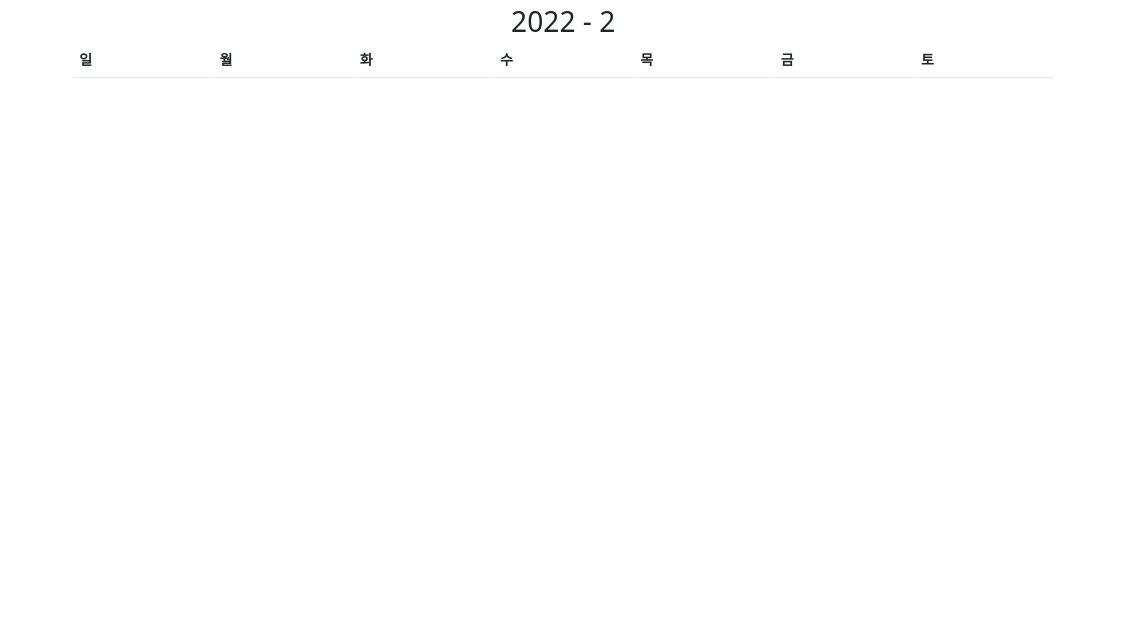
Repository: Visionary1/fullstack-dev-study
Page: http://localhost/Test/lesson02/quiz10.jsp
An editor plug-in stored every save of this project. The page is shown before and after the next save, followed by the edit.
The browser window is 1280 px wide. The pictures show the whole page, at 88% of full size.
The page is served by Tomcat 9.

Above is the page before, as saved 2022-02-13 16:28:30.

### 4_servlet/workspace/Test/src/main/webapp/lesson02/quiz10.jsp
<%@ page language="java" contentType="text/html; charset=UTF-8" pageEncoding="UTF-8"%>

<%@ page import="java.util.*"%>

<!DOCTYPE html>
<html>
<head>
<meta charset="UTF-8">
<title>Insert title here</title>
<link href="https://cdn.jsdelivr.net/npm/bootstrap@5.1.3/dist/css/bootstrap.min.css" rel="stylesheet">
<script src="https://cdn.jsdelivr.net/npm/bootstrap@5.1.3/dist/js/bootstrap.bundle.min.js"></script>
</head>
<body>

	<%
	Calendar cal = Calendar.getInstance();

	// 월의 첫날
	cal.set(Calendar.DAY_OF_MONTH,1);

	//그 주의 요일 반환 (일:1 ~ 토:7)
	int week = cal.get(Calendar.DAY_OF_WEEK);

	//몇 주 있는지
	int weekSize = cal.getActualMaximum(Calendar.WEEK_OF_MONTH);

	// 마지막 날짜
	int maximumDays = cal.getActualMaximum(Calendar.DATE);

	HashMap<Integer, String> dayOfWeek = new HashMap<>();
	dayOfWeek.put(1, "일");
	dayOfWeek.put(2, "월");
	dayOfWeek.put(3, "화");
	dayOfWeek.put(4, "수");
	dayOfWeek.put(5, "목");
	dayOfWeek.put(6, "금");
	dayOfWeek.put(7, "토");

	Collection<String> values = dayOfWeek.values();
	%>

	<div class="container">

		<div class="fw-light fs-2 text-center"><%=cal.get(Calendar.YEAR) + " - " + Integer.valueOf(cal.get(Calendar.MONTH) + 1) %></div>

		<table class="table">
			<thead>
				<tr>
				<%
				for (String day : values) {
				%>
				<th><%= day %></th>

				<%
				}
				%>
				</tr>
			</thead>
			<tbody>




			</tbody>
		</table>
	</div>



</body>
</html>

After the next save:
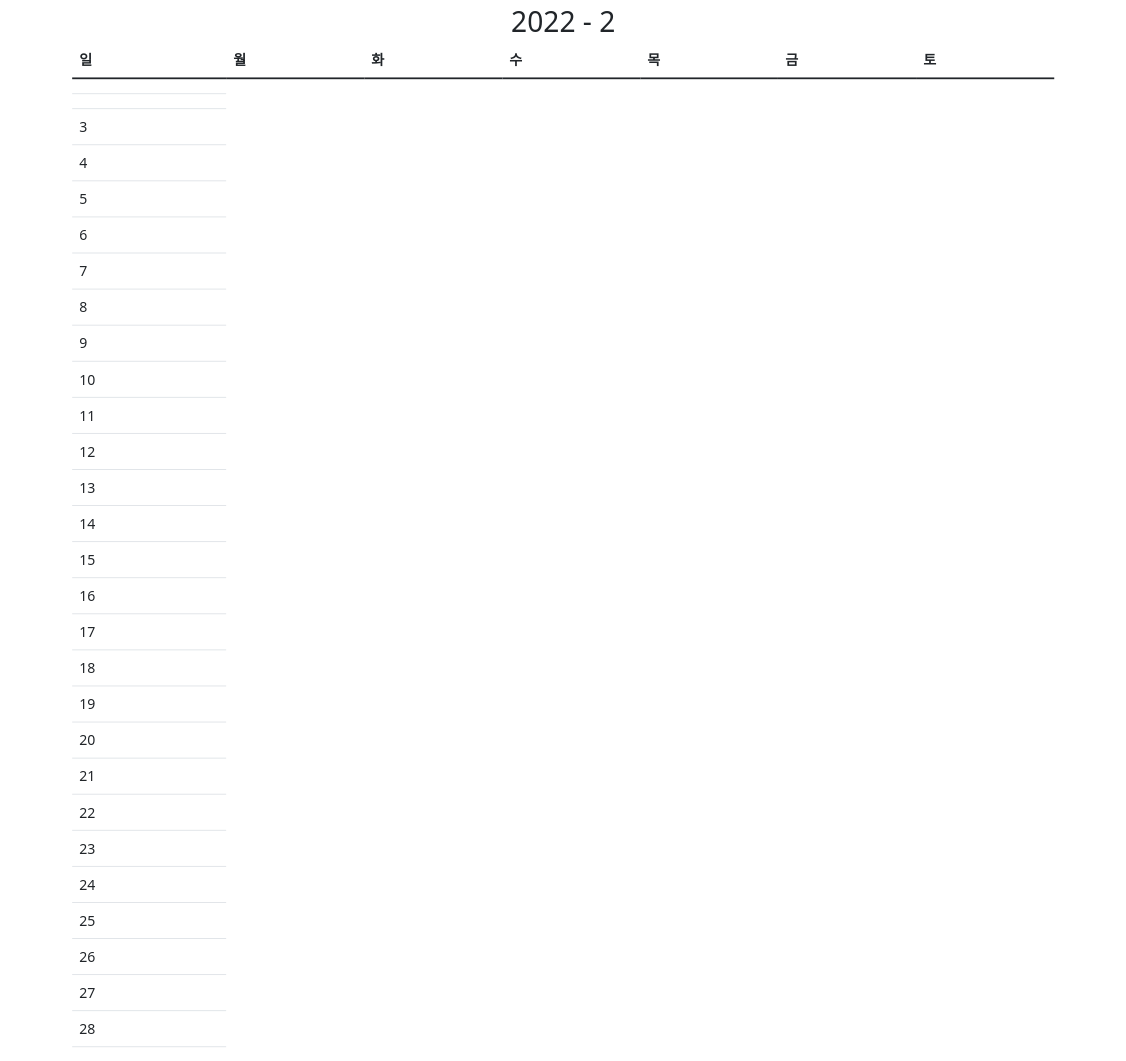
Saved 4 min 39 s later.
--- a/4_servlet/workspace/Test/src/main/webapp/lesson02/quiz10.jsp
+++ b/4_servlet/workspace/Test/src/main/webapp/lesson02/quiz10.jsp
@@ -58,8 +58,33 @@
 			</thead>
 			<tbody>
 
+			<%
+			for (int i = 0; i < weekSize - 1; i++) {
+
+			%>
+			<tr>
+
+			<%
+				for (int j = 0; j < 7; j++) {
+					if (((i * 7) + (j + 1)) > maximumDays) {
+						break;
+					}
+			%>
+			<td>
+			<%
+			if (week <= ((i * 7) + (j + 1))) {
+			%>
+			<%=((i * 7) + (j + 1)) %>
+			<%
+			}
+			%>
 
 
+			</td></tr>
+			<%
+				}
+			}
+			%>
 
 			</tbody>
 		</table>

After the save that followed:
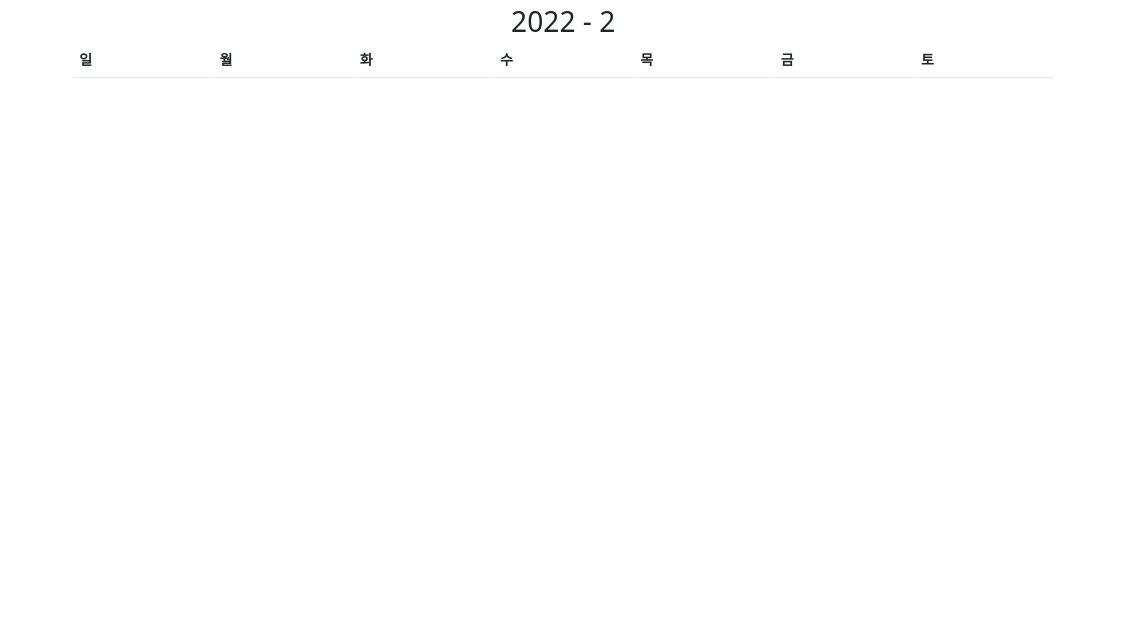
Saved 48 s later.
--- a/4_servlet/workspace/Test/src/main/webapp/lesson02/quiz10.jsp
+++ b/4_servlet/workspace/Test/src/main/webapp/lesson02/quiz10.jsp
@@ -58,33 +58,6 @@
 			</thead>
 			<tbody>
 
-			<%
-			for (int i = 0; i < weekSize - 1; i++) {
-
-			%>
-			<tr>
-
-			<%
-				for (int j = 0; j < 7; j++) {
-					if (((i * 7) + (j + 1)) > maximumDays) {
-						break;
-					}
-			%>
-			<td>
-			<%
-			if (week <= ((i * 7) + (j + 1))) {
-			%>
-			<%=((i * 7) + (j + 1)) %>
-			<%
-			}
-			%>
-
-
-			</td></tr>
-			<%
-				}
-			}
-			%>
 
 			</tbody>
 		</table>
